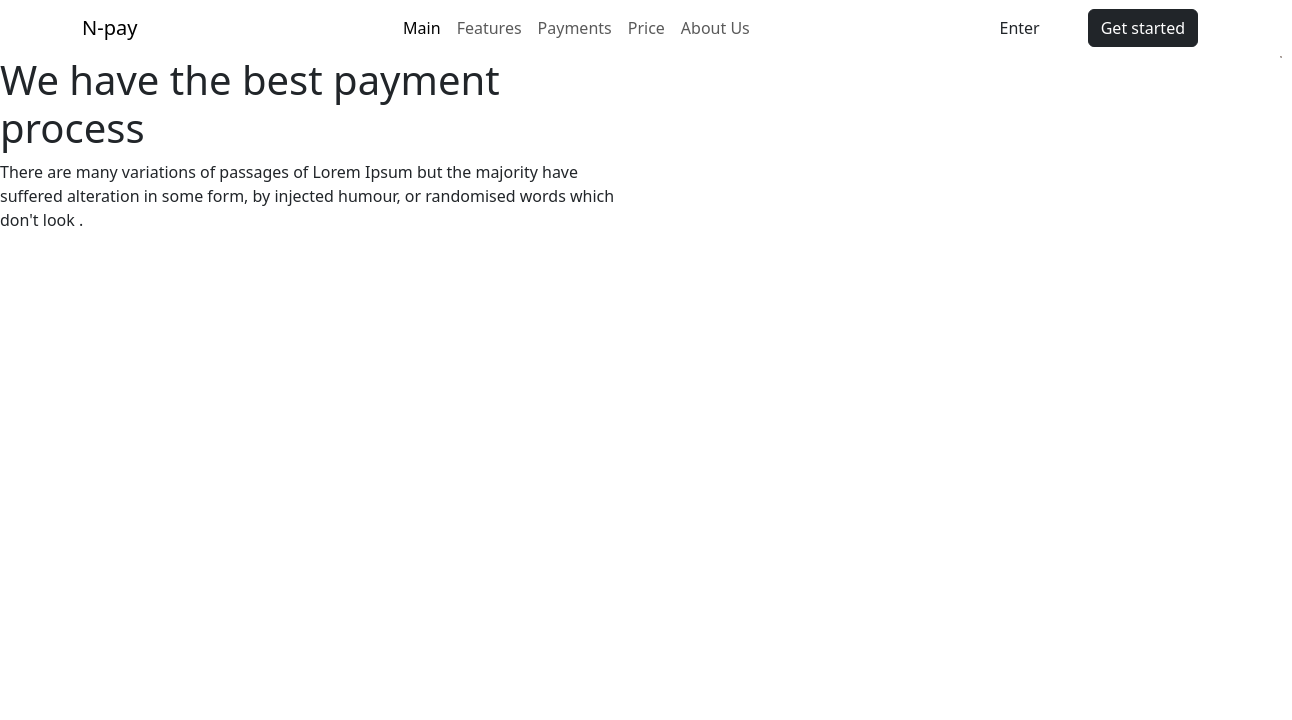
Repository: Senianga/N-pay
Page: index.html
These files come from the project's save history. The page is drawn as it stood at one moment and after the next save; the edit follows.
The browser window is 1280 px wide. The page is 1292 px wide, so the pictures cover 1292 px, including what lies to the right of the window. The pictures show the whole page.
The style sheet was rebuilt from its Sass, Less or Tailwind sources for each picture, by a compiler version that may differ from the author's.

Above is the page before, as saved 2023-05-01 15:03:23.

### index.html
<!doctype html>
<html lang="en">
  <head>
    <meta charset="utf-8">
    <meta name="viewport" content="width=device-width, initial-scale=1">
    <title>N-pay</title>
    <link rel="stylesheet" href="css/normalize.css">
    <link href="https://cdn.jsdelivr.net/npm/bootstrap@5.3.0-alpha3/dist/css/bootstrap.min.css" rel="stylesheet" integrity="sha384-KK94CHFLLe+nY2dmCWGMq91rCGa5gtU4mk92HdvYe+M/SXH301p5ILy+dN9+nJOZ" crossorigin="anonymous">
    <link rel="stylesheet" href="css/style.css">
  </head>
  <body>
    <header>
        <nav class="navbar navbar-expand-lg ">
            <div class="container">
              <a class="navbar-brand" href="#">N-pay</a>
              <button class="navbar-toggler" type="button" data-bs-toggle="collapse" data-bs-target="#navbarSupportedContent" aria-controls="navbarSupportedContent" aria-expanded="false" aria-label="Переключатель навигации">
                <span class="navbar-toggler-icon"></span>
              </button>
              <div class="collapse navbar-collapse" id="navbarSupportedContent">
                <ul class="navbar-nav ms-auto mb-2 mb-lg-0">
                  <li class="nav-item">
                      <a class="nav-link active" aria-current="page" href="#">Main</a>
                  </li>
                  <li class="nav-item">
                    <a class="nav-link"  href="#">Features</a>
                  </li>
                  <li class="nav-item">
                    <a class="nav-link" href="#">Payments</a>
                  </li>
                  <li class="nav-item dropdown">
                    <a class="nav-link" href="#" role="button" data-bs-toggle="dropdown" aria-expanded="false">
                      Price
                    </a>

                  </li>                 <li class="nav-item">
                    <a class="nav-link">About Us</a>
                  </li>
                </ul>
                <div class="bavbar-nav d-flex align-items-lg-center ms-auto mb-2 mb-lg-0">
                    <a class="nav-link me-5" href="#">Enter</a>
                    <button class="btn btn-dark ms-auto" type="submit">Get started</button>
                </div>
              </div>
            </div>
          </nav>
    </header>
    <main>
        <container-main class="bg-body-tertiary">
            <div class="row">
                <div class="d-flex">
                    <div class="content col-mg-6 col-sm-12">
                        <h1 class="col-5 align-items-center">
                            We have the best
                            payment process
                        </h1>
                        <p class="col-6">
                            There are many variations of passages of Lorem Ipsum
                            but the majority have suffered alteration in some form, by injected humour, or randomised words which don't look .
                        </p>
                    </div>
                    <div class="img ">
                        <img src="img/image.png" alt="Main picture" class="img-fluid col-md-6 col-sm-12 rounded float-start me-1">
                    </div>

                </div>

            </<div>

        </container-main>
    </main>




    <script src="https://cdn.jsdelivr.net/npm/bootstrap@5.3.0-alpha3/dist/js/bootstrap.bundle.min.js" integrity="sha384-ENjdO4Dr2bkBIFxQpeoTz1HIcje39Wm4jDKdf19U8gI4ddQ3GYNS7NTKfAdVQSZe" crossorigin="anonymous"></script>
  </body>
</html>
<!-- <div class="collapse navbar-collapse" id="navbarNav">
    <div class=" nav justify-content-center">
        <a class="nav-link active" aria-current="page" href="#">Main</a>
        <a class="nav-link" href="#">Featers</a>
        <a class="nav-link" href="#">Payments</a>
        <a class="nav-link" href="#">Price</a>
        <a class="nav-link" href="#">About Us</a>
    </div>
</div>
<div class="collapse navbar-collapse" id="navbarNav">
    <a class="nav-link" href="#">Enter</a>
    <button class="btn btn-outline-secondary" type="submit">Поиск</button>

</div>
</div>
</nav> -->

<!-- <div class="container">
    <nav class="navbar navbar-expand-lg bg-body-tertiary">
      <div class="container-fluid">
        <a class="navbar-brand bg-dark col-2 mb-0 h-1" href="#">N-pay</a>
            <button class="navbar-toggler" type="button" data-bs-toggle="collapse" data-bs-target="#navbarSupportedContent" aria-controls="navbarSupportedContent" aria-expanded="false" aria-label="N-pay">
                <span class="navbar-toggler-icon"></span>
            </button>
        <div class="collapse navbar-collapse bg-primary " id="navbarSupportedContent">
            <div class="navbar-nav">
                <a class="nav-link" href="#">Main</a>
                <a class="nav-link" href="#">Features</a>
                <a class="nav-link" href="#">Payments</a>
                <a class="nav-link" href="#">Price</a>
                <a class="nav-link" href="#">About Us</a>
            </div>

            <div class="nav justify-content-end bg-danger col-3">
                <a class="nav-link" href="#">Enter</a>
                <button class="btn btn-dark" type="submit">Get started</button>
            </div>
        </div>
    </nav>
  </div> -->

### style.scss
:root {
    --bg2: #F4F7FC;
}

Loaded but not shown: css/normalize.css (no stored copy; drawn as an empty file)

After the next save:
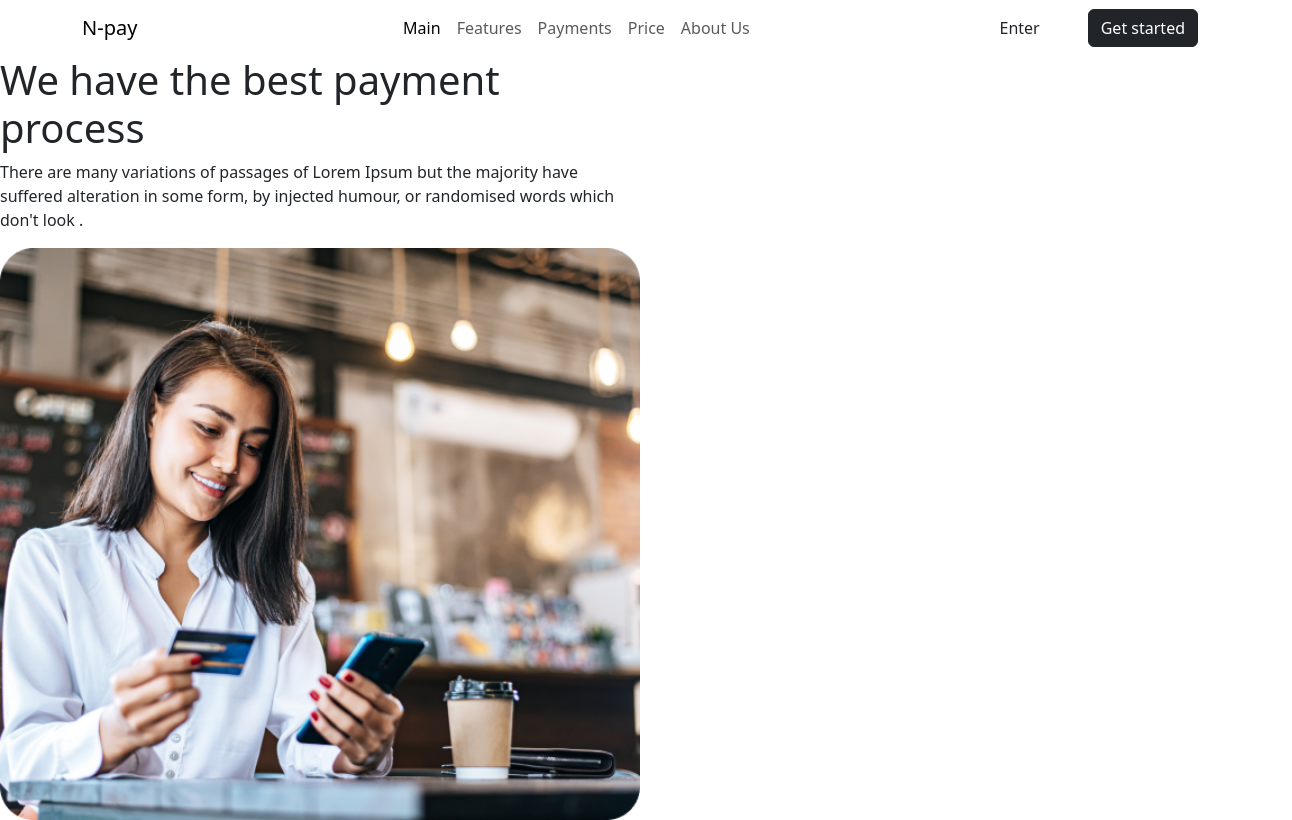
Saved 8 s later.
--- a/index.html
+++ b/index.html
@@ -47,7 +47,7 @@
     <main>
         <container-main class="bg-body-tertiary">
             <div class="row">
-                <div class="d-flex">
+                <div class="">
                     <div class="content col-mg-6 col-sm-12">
                         <h1 class="col-5 align-items-center">
                             We have the best

After the 4 saves that followed:
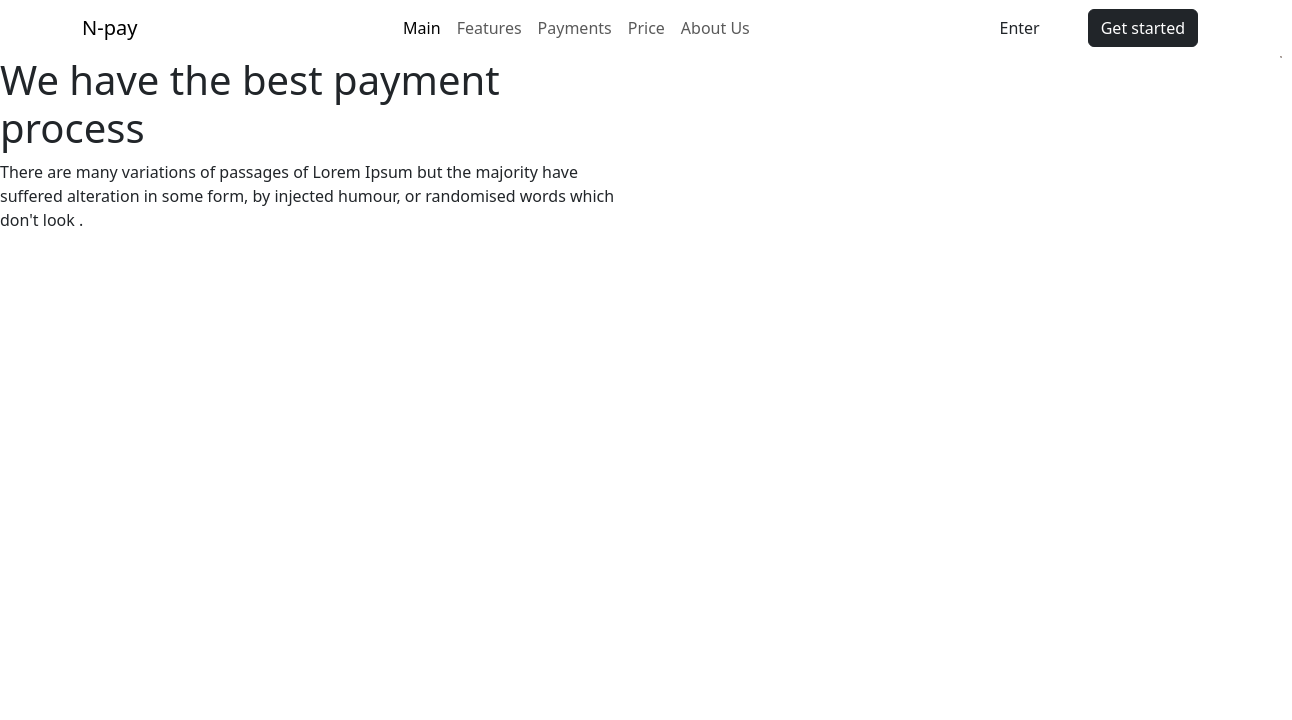
The 4 saves are shown as one change because 3 left the picture as it was.
The last was saved 47 s later.
--- a/index.html
+++ b/index.html
@@ -47,7 +47,7 @@
     <main>
         <container-main class="bg-body-tertiary">
             <div class="row">
-                <div class="">
+                <div class="d-flex">
                     <div class="content col-mg-6 col-sm-12">
                         <h1 class="col-5 align-items-center">
                             We have the best
